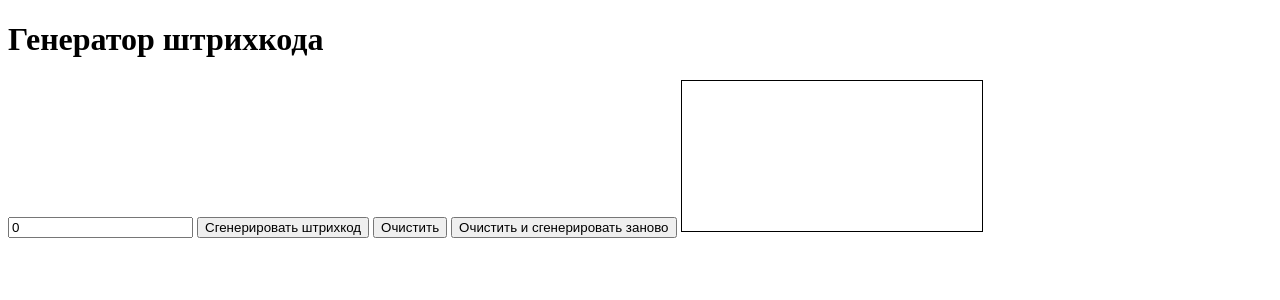
Repository: PavelBokun/barCode
Page: barcode2.html
An editor plug-in stored every save of this project. The page is shown before and after a run of saves, followed by the edit.
The browser window is 1280 px wide. The pictures show the whole page.
Empty fields were first filled with sample values (such as "Sample", 5 or name@example.com).
After loading, the first visible `button[onclick="clearBarcode()"]` was clicked once.

Above is the page before, as saved 2024-09-04 21:51:00.

### barcode2.html
<!DOCTYPE html>
<html lang="en">
<head>
<meta charset="UTF-8">
<meta name="viewport" content="width=device-width, initial-scale=1.0">
<title>Генератор штрихкода</title>
<!-- Подключаем библиотеку JsBarcode -->
<script src="https://cdn.jsdelivr.net/npm/jsbarcode@3.11.0/dist/JsBarcode.all.min.js"></script>
</head>
<body>
<h1>Генератор штрихкода</h1>
<input type="text" id="barcodeValue" placeholder="Введите значение для штрихкода">
<button onclick="generateBarcode()">Сгенерировать штрихкод</button>
<button onclick="clearBarcode()">Очистить</button>
<button onclick="clearAndRegenerateBarcode()">Очистить и сгенерировать заново</button>

<canvas id="barcode" style="border: 1px solid black;"></canvas>

<script>
function generateBarcode() {
    var barcodeValue = document.getElementById('barcodeValue').value;

    // Проверяем, что значение введено
    if (barcodeValue) {
        // Генерируем штрихкод
        JsBarcode("#barcode", barcodeValue, {
            format: "ean13",
            displayValue: true,
            fontSize: 14,
            width: 2,
            height: 50
        });
    } else {
        alert("Пожалуйста, введите значение для штрихкода.");
    }
}

function clearBarcode() {
   document.getElementById('barcodeValue').value=0


        };


</script>
</body>
</html>

After the next 2 saves:
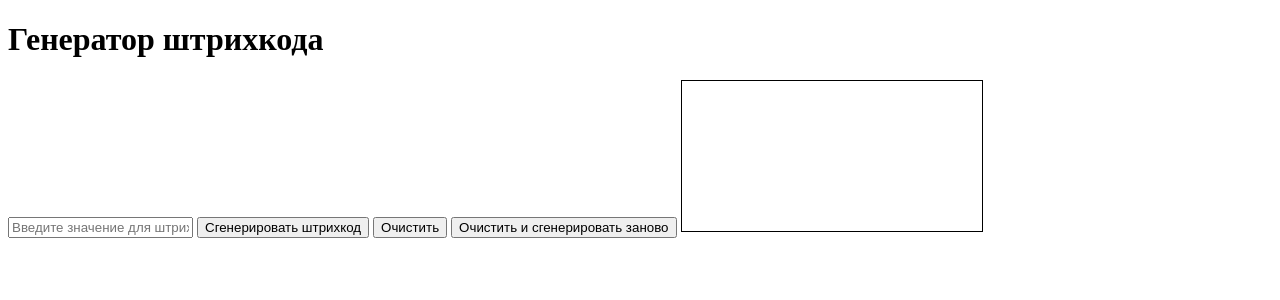
The 2 saves are shown as one change because they came seconds apart.
The last was saved 41 s later.
--- a/barcode2.html
+++ b/barcode2.html
@@ -36,7 +36,7 @@
 }
 
 function clearBarcode() {
-   document.getElementById('barcodeValue').value=0
+   document.getElementById('barcodeValue').value=""
 
 
         };
